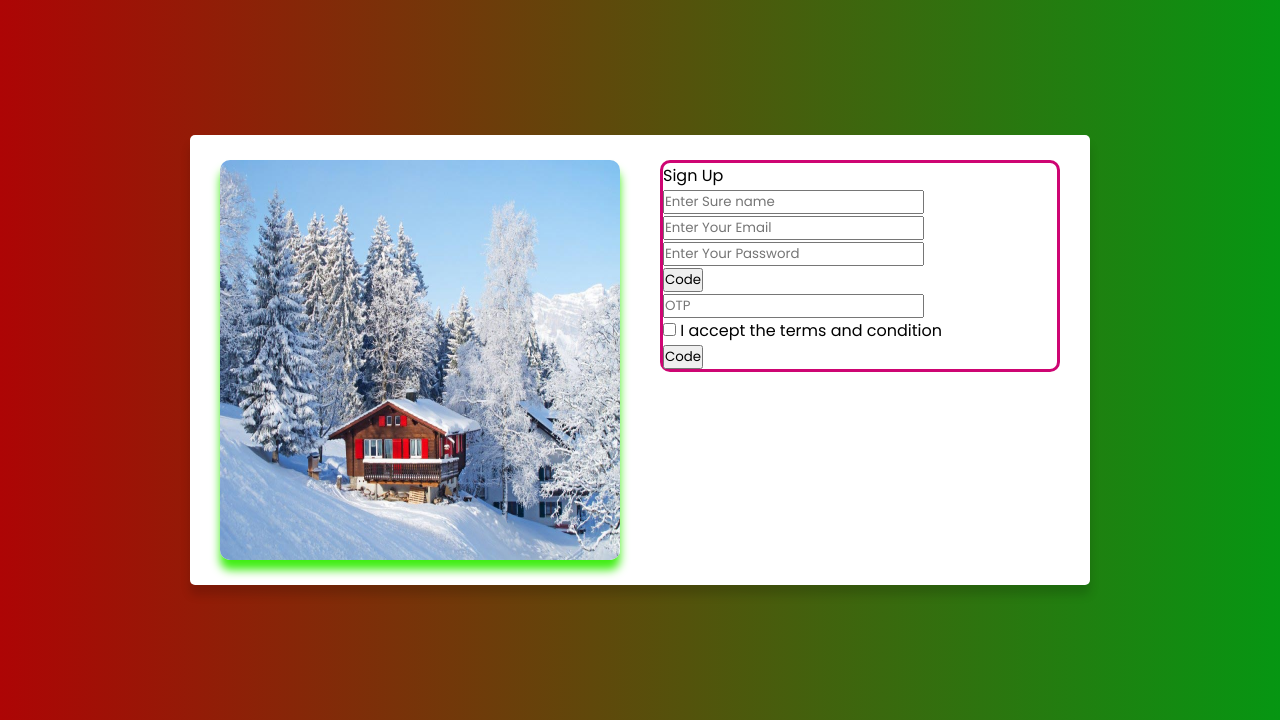
Repository: dev-ashik/Halloween
Page: Reg Page/Index.html
An editor plug-in stored every save of this project. The page is shown before and after a run of saves, followed by the edit.
The browser window is 1280 px wide. The pictures show the whole page.

Above is the page before, as saved 2021-12-21 21:57:34.

After the next 2 saves:
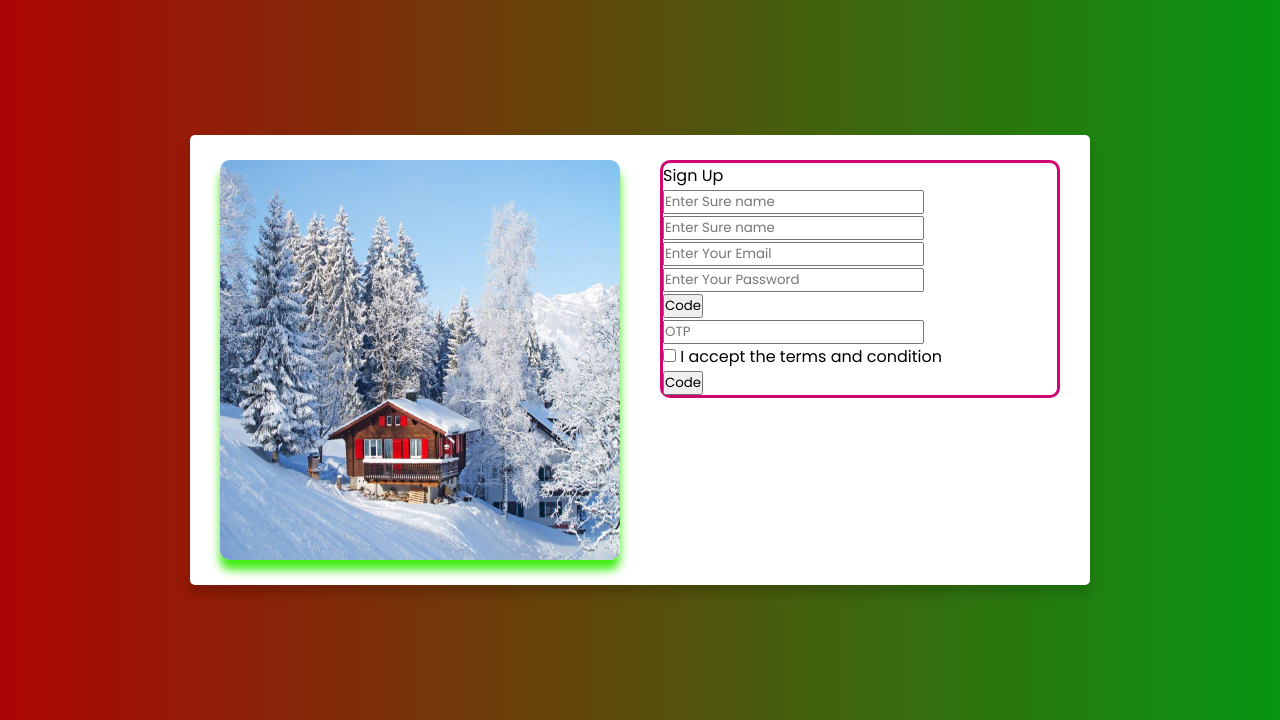
The 2 saves are shown as one change because they came seconds apart.
The last was saved 33 s later.
--- a/Reg Page/Index.html
+++ b/Reg Page/Index.html
@@ -17,8 +17,9 @@
         <div class="form">
             <form action="#">
                 <div class="title">Sign Up</div>
-                <div class="fname">
+                <div class="name">
                     <input type="text" placeholder="Enter Sure name" id="fn" required>
+                    <input type="text" placeholder="Enter Sure name" id="ln" required>
                     <div class="underline"></div>
                 </div>
                 <div class="box underline">
